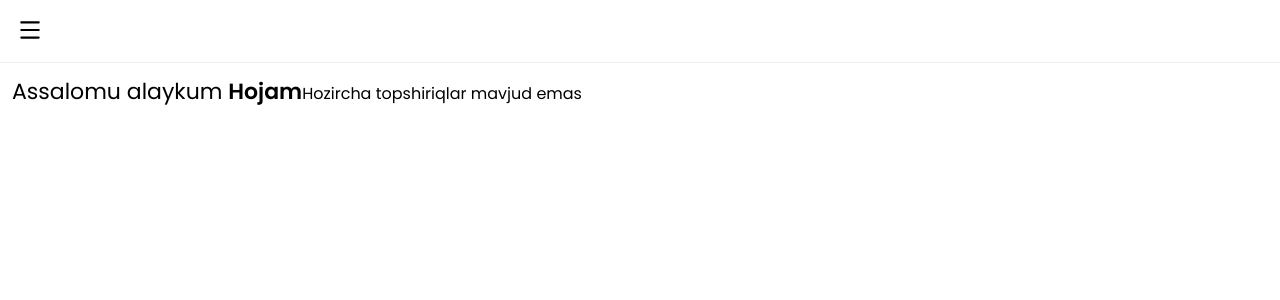
Repository: zaynobiddinovofficel-debug/KotibaAI
Page: / (app in web/)
An editor plug-in stored every save of this project. The page is shown before and after the next save, followed by the edit.
The browser window is 1280 px wide. The pictures show the whole page.
Some web fonts or font styles are not loaded; a fallback is used. The project was rebuilt for these pictures with package versions that can differ from the ones it lists, and the page was loaded fresh each time. Also part of the build but not shown: web/vite.config.js.

Above is the page before, as saved 2026-03-25 20:12:22.

### web/index.html
<!doctype html>
<html lang="en">
  <head>
    <meta charset="UTF-8" />
    <link rel="icon" type="image/svg+xml" href="/vite.svg" />
    <meta name="viewport" content="width=device-width, initial-scale=1.0" />
    <title>web</title>
    <link rel="preconnect" href="https://fonts.googleapis.com">
    <link rel="preconnect" href="https://fonts.gstatic.com" crossorigin>
    <link href="https://fonts.googleapis.com/css2?family=Barlow+Semi+Condensed:ital,wght@0,100;0,200;0,300;0,400;0,500;0,600;0,700;0,800;0,900;1,100;1,200;1,300;1,400;1,500;1,600;1,700;1,800;1,900&family=Big+Shoulders:opsz,wght@10..72,100..900&family=Chewy&family=Inter:ital,opsz,wght@0,14..32,100..900;1,14..32,100..900&family=Lexend+Deca:wght@100..900&family=Poppins:ital,wght@0,100;0,200;0,300;0,400;0,500;0,600;0,700;0,800;0,900;1,100;1,200;1,300;1,400;1,500;1,600;1,700;1,800;1,900&family=Roboto+Condensed:ital,wght@0,100..900;1,100..900&display=swap" rel="stylesheet">
  </head>
  <body class="font-[Poppins]">
    <div id="root"></div>
    <script type="module" src="/src/main.jsx"></script>
  </body>
</html>

### web/src/App.jsx
import { Button } from "@/components/ui/button"
import { MenuIcon } from "lucide-react"
import React from "react"
export default function App() {
  const [tasks,setTasks] = React.useState(localStorage.getItem("tasks"));
  const [username,setUsername] = React.useState(localStorage.getItem("username"));
  return (
    <>
    <div className="px-3 py-3 max-w-[1280px] w-full border-b border-b-[#0001]">
      <Button className={`w-[36px]`} variant={'ghost'}>
        <MenuIcon className="size-6.5" />
      </Button>
    </div>
    {tasks??
    <div className="px-3 py-3 max-w-[1280px] w-full flex-">
    <span className="text-[22px]">Assalomu alaykum <b className="font-[550]">
      {username==null?"Hojam":username}
    </b></span>
    <span>Hozircha topshiriqlar mavjud emas</span>
    </div>}
    </>
  )
}

### web/src/components/ui/button.jsx
import * as React from "react"
import { Slot } from "@radix-ui/react-slot"
import { cva } from "class-variance-authority"

import { cn } from "@/lib/utils"

const buttonVariants = cva(
  "inline-flex items-center justify-center gap-2 whitespace-nowrap rounded-md text-sm font-medium transition-[color,box-shadow,transform] !duration-0 disabled:pointer-events-none disabled:opacity-50 [&_svg]:pointer-events-none [&_svg:not([class*='size-'])]:size-4 shrink-0 [&_svg]:shrink-0 outline-none focus-visible:border-ring focus-visible:ring-ring/50 focus-visible:ring-[3px] aria-invalid:ring-destructive/20 dark:aria-invalid:ring-destructive/40 aria-invalid:border-destructive active:scale-[0.98]",
  {
    variants: {
      variant: {
        default:
          "bg-primary text-primary-foreground shadow-xs hover:bg-primary/90",
        destructive:
          "bg-destructive text-white shadow-xs hover:bg-destructive/90 focus-visible:ring-destructive/20",
        outline:
          "border bg-background shadow-xs hover:bg-accent hover:text-accent-foreground",
        secondary:
          "bg-secondary text-secondary-foreground shadow-xs hover:bg-secondary/80",
        ghost: "hover:bg-accent hover:text-accent-foreground",
        link: "text-primary underline-offset-4 hover:underline",
      },
      size: {
        default: "h-9 px-4 py-2",
        sm: "h-8 rounded-md gap-1.5 px-3",
        lg: "h-10 rounded-md px-6",
        icon: "size-9",
      },
    },
    defaultVariants: {
      variant: "default",
      size: "default",
    },
  }
)

function Button({ className, variant, size, asChild = false, ...props }) {
  const Comp = asChild ? Slot : "button"

  return (
    <Comp
      data-slot="button"
      className={cn(buttonVariants({ variant, size, className }))}
      {...props}
    />
  )
}

export { Button, buttonVariants }

Loaded but not shown: web/src/main.jsx (common file); web/src/index.css (common file); web/src/lib/utils.js (common file)

After the next save:
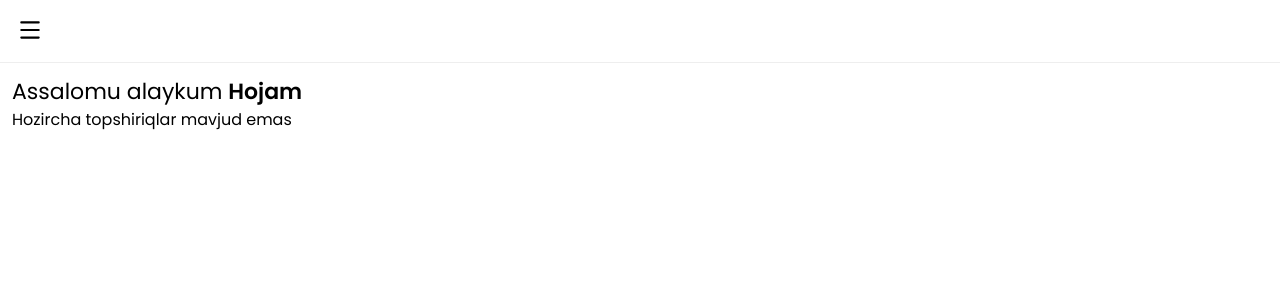
Saved 4 s later.
--- a/web/src/App.jsx
+++ b/web/src/App.jsx
@@ -12,7 +12,7 @@ export default function App() {
       </Button>
     </div>
     {tasks??
-    <div className="px-3 py-3 max-w-[1280px] w-full flex-">
+    <div className="px-3 py-3 max-w-[1280px] w-full flex flex-col">
     <span className="text-[22px]">Assalomu alaykum <b className="font-[550]">
       {username==null?"Hojam":username}
     </b></span>
